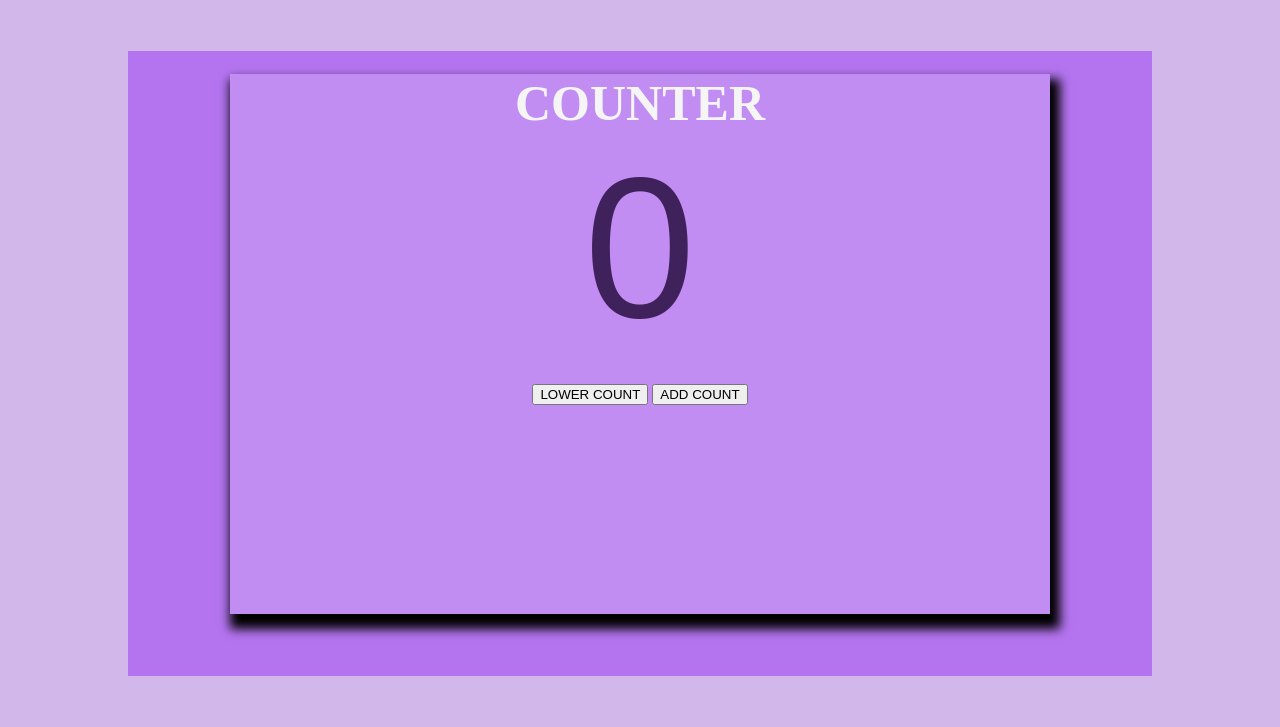
Repository: AnahitKhechumyan/Counter
Page: index.html
An editor plug-in stored every save of this project. The page is shown before and after the next save, followed by the edit.
The browser window is 1280 px wide. The pictures show the whole page.

Above is the page before, as saved 2022-02-14 17:46:20.

### index.html
<!DOCTYPE html>
<html lang="en">
<head>
    <meta charset="UTF-8">
    <meta http-equiv="X-UA-Compatible" content="IE=edge">
    <meta name="viewport" content="width=device-width, initial-scale=1.0">
    <link rel="stylesheet" href="style.css">
    <script src= "./script.js"></script>
    <title>Document</title>
</head>
<body>
    <div class="container">
        <div class="main">
            <div class="header">COUNTER</div>
            <input type= "text" value = "0"/>
            <div class = "change">
                 <button id ="decrement" type="button">LOWER COUNT</button>
                 <button id ="increment" type="button">ADD COUNT</button>
            </div>
        </div>
    </div>
    <script src= "./script.js"></script>
</body>
</html>

### style.css
body{
    margin: 0;
    background-color: rgb(210, 183, 235);
}
.container{
    background-color: rgb(180, 116, 240);
    width: 80%;
    height: 85vh;
    margin: 4% 10%;
    padding-top: 1%;

}
.main{
    background-color: rgb(194, 141, 243);
    width: 80%;
    height: 75vh;
    margin: 1% 10%;
    box-shadow: 5px 10px 10px 5px;
    text-align: center;
}
.header{
    text-align: center;
    color:whitesmoke;
    font-size: 50px;
    font-weight: 700;
}

input{
    background-color:rgb(194, 141, 243) ;
    width: 20%;
    border:none;
    font-size:200px;
    color:rgb(63, 33, 92);
    text-align: center;
}
.change{
    padding:20px;
    width: 50;
}
#decrement{

}
#increment{

}

Loaded but not shown: script.js (no copy from this time; the picture is the same without it)

After the next save:
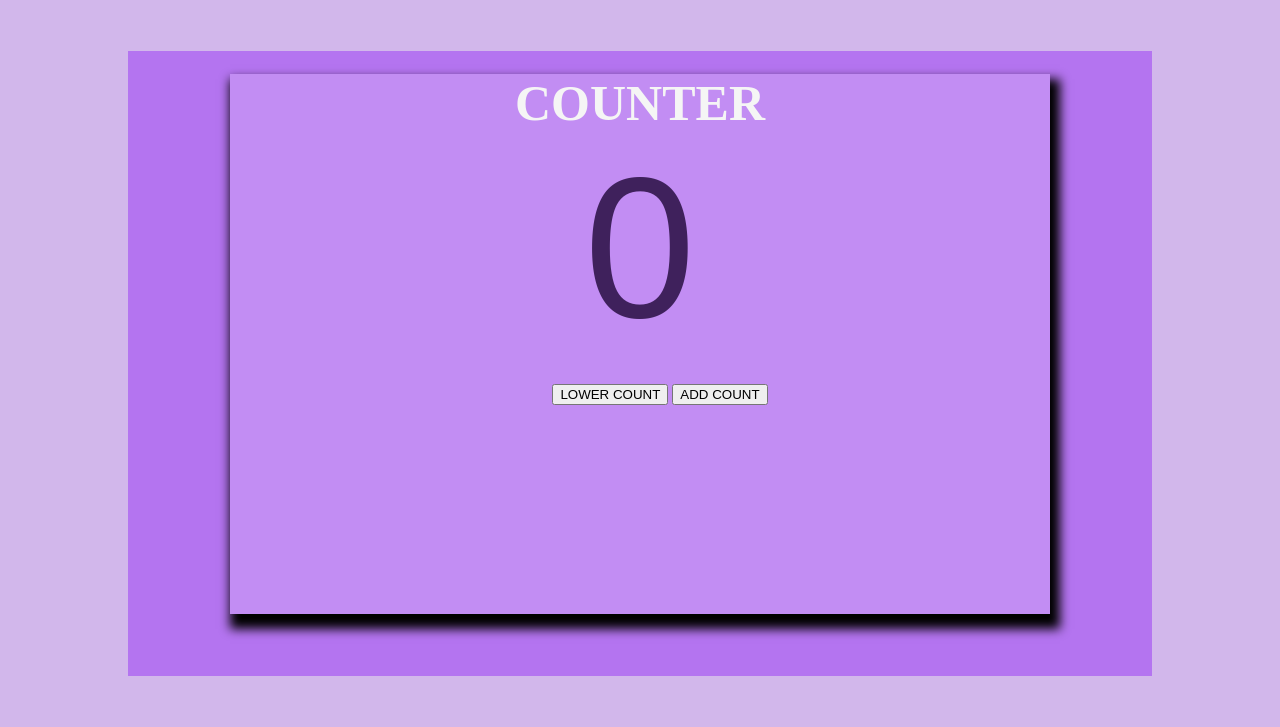
Saved 22 s later.
--- a/style.css
+++ b/style.css
@@ -35,7 +35,7 @@ input{
 }
 .change{
     padding:20px;
-    width: 50;
+    width: 100%;
 }
 #decrement{
 
